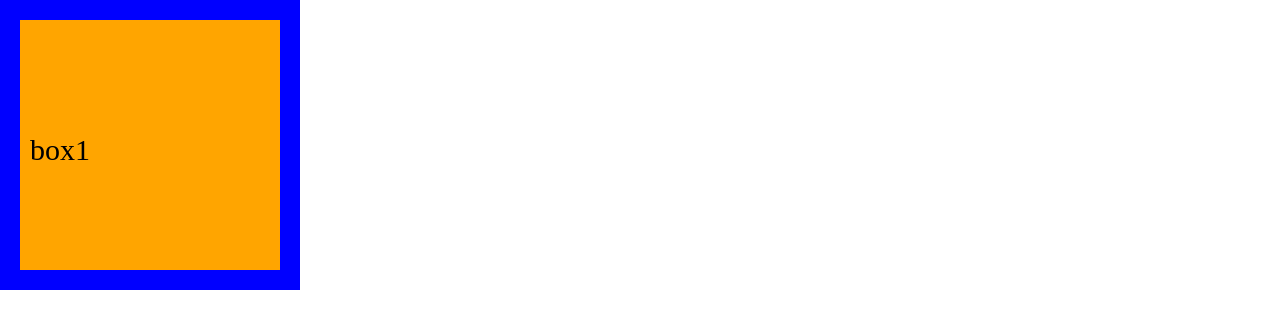
Repository: gwonjunsu95/html5
Page: html5/WebContent/day0203.html
An editor plug-in stored every save of this project. The page is shown before and after the next save, followed by the edit.
The browser window is 1280 px wide. The pictures show the whole page.

Above is the page before, as saved 2020-04-17 05:14:38.

After the next save:
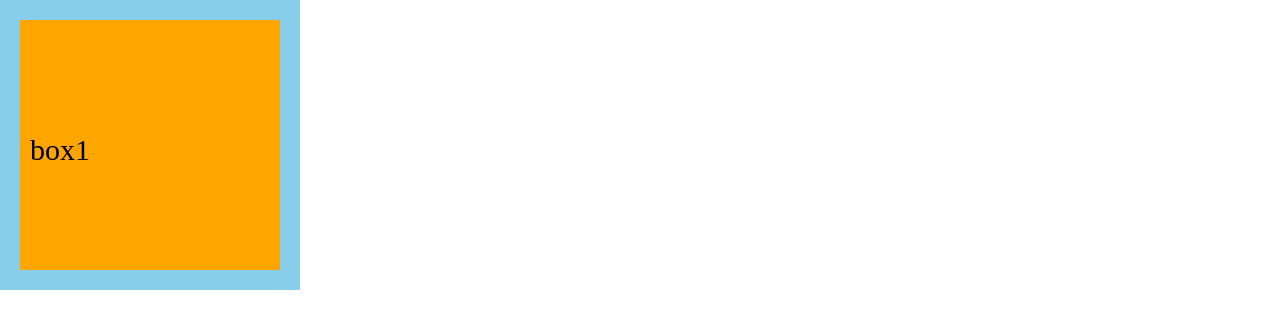
Saved 16 s later.
--- a/html5/WebContent/day0203.html
+++ b/html5/WebContent/day0203.html
@@ -34,7 +34,7 @@
 	*/
 		padding : 30px 50px 20px 10px; /*내부여백*/
 		background : orange;
-		border : 20px solid blue; /*외곽선*/
+		border : 20px solid skyblue; /*외곽선*/
 	/*
 	border
 	첫번째 값은 선의 두께
